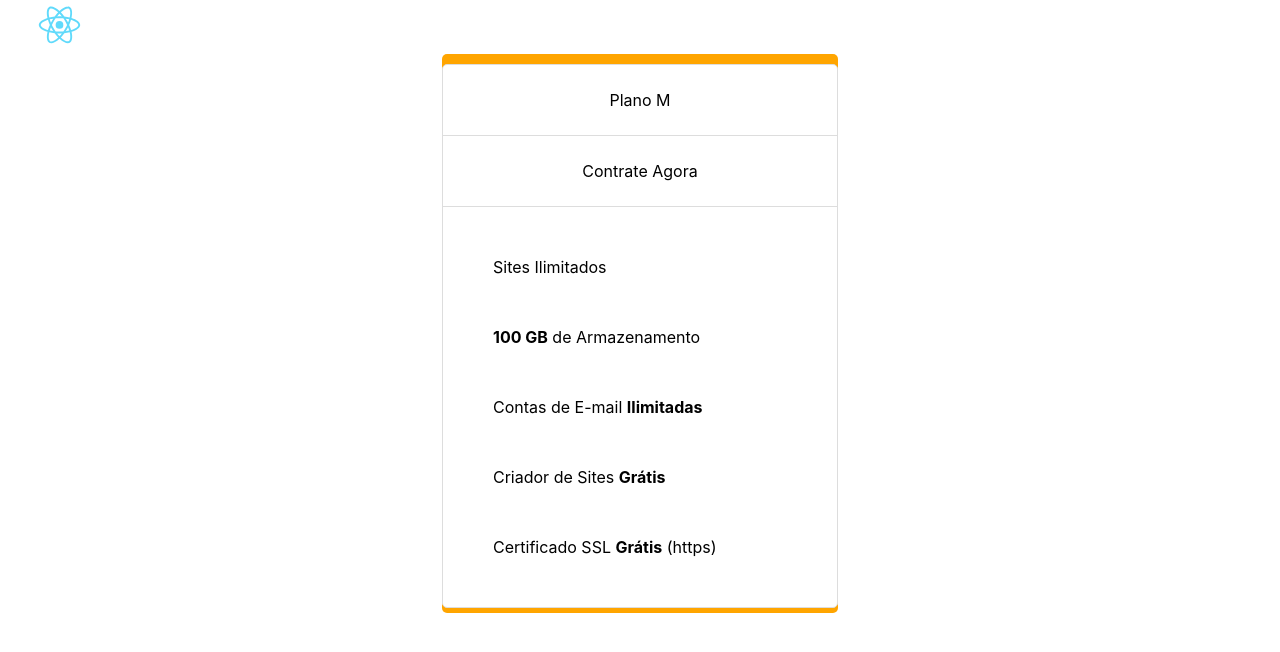
Repository: gatomazi/hostgatorFrontend
Page: /
These files come from the project's save history. The page is drawn as it stood at one moment and after the next save; the edit follows.
The browser window is 1280 px wide. The pictures show the whole page.
The project was rebuilt for these pictures with package versions that can differ from the ones it lists, and the page was loaded fresh each time.

Above is the page before, as saved 2020-01-24 11:21:22.

After the next save:
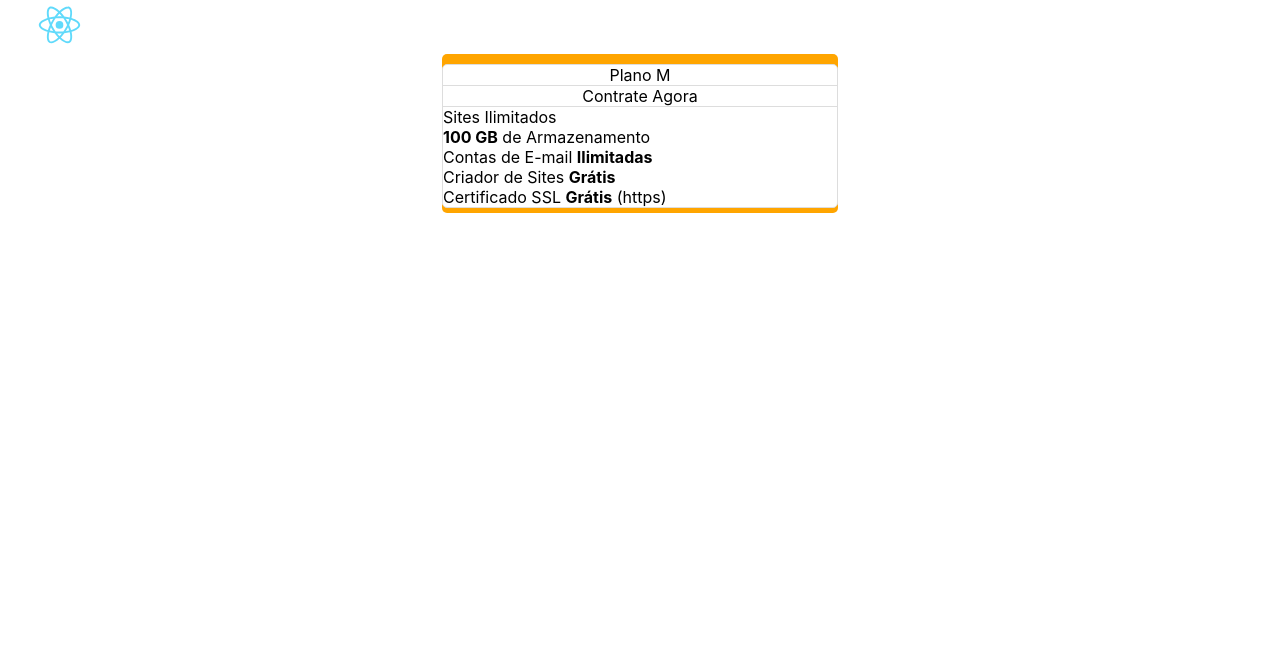
Saved 13 s later.
--- a/src/components/Plano.scss
+++ b/src/components/Plano.scss
@@ -11,15 +11,15 @@
   background-color: #fff;
   border: 1px solid #ddd;
   border-radius: 5px;
-  div {
+  div:only-child {
     padding: 25px;
-  }
-  span {
-    padding: 5px 0px;
-    display: block;
-    &:first-child,
-    &:nth-child(3) {
-      border-bottom: dashed 0.8px #ddd;
+    div {
+      padding: 5px 0px;
+      display: block;
+      &:first-child,
+      &:nth-child(3) {
+        border-bottom: dashed 0.8px #ddd;
+      }
     }
   }
 }
